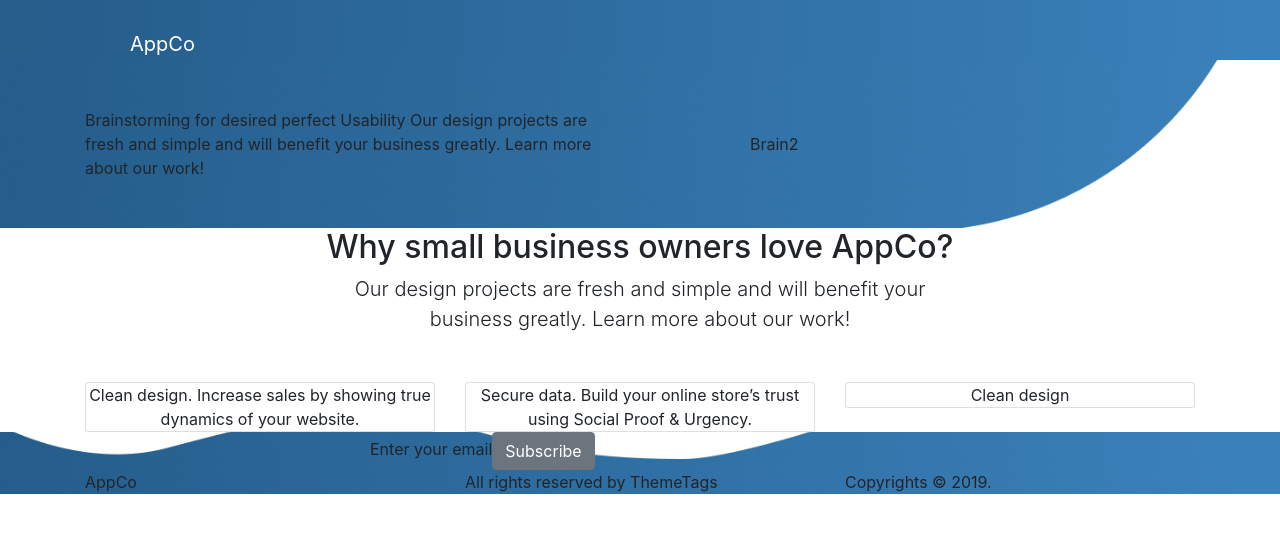
Repository: andbilous/user-statistics-app
Page: /
These files come from the project's save history. The page is drawn as it stood at one moment and after a run of saves; the edit follows.
The browser window is 1280 px wide. The pictures show the whole page.
The project was rebuilt for these pictures with package versions that can differ from the ones it lists, and the page was loaded fresh each time. Also part of the build but not shown: src/components/reasons/reasons.scss.

Above is the page before, as saved 2020-06-19 15:16:07.

### src/App.js
import React from 'react';
import Main from './pages/Main';
import './App.scss';

function App() {
  return (
    <div className="App">
      <Main/>
    </div>
  );
}

export default App;

### src/pages/Main.jsx
import React from "react";
import Header from "../components/Header";
import Brainstorming from "../components/brainstorming";
import Reasons from "../components/reasons";
import Footer from '../components/footer';

const Main = () => {
  return (
    <>
      <Header />
      <Brainstorming />
      <Reasons />
      <Footer />
    </>
  );
};

export default Main;

### src/App.scss
body {
  font-family: Montserrat;
  font-style: normal;
  font-weight: normal;
}
img {
  position: relative;
  display: block;
  width: 100%;
}

### src/components/Header/index.js
import React from 'react';
import './header.scss';
import { Container, Row, Col } from 'reactstrap';


const Header = () => {
    return (
      <header className='header bg-image'>
      <Container>
          <div className='navbar-brand'>
          AppCo
            </div>
      </Container>
      </header>
    )
};

export default Header;

### src/components/brainstorming/index.js
import React from 'react';
import { Container, Row, Col } from 'reactstrap';
import'./brainstorming.scss';


const Brainstorming = () => {
    return (
      <section className='brainstorming pt-100 bg-image'>
      <Container>
          <Row className="row align-items-center justify-content-between py-5">
            <Col className="col-md-7 col-lg-6">
              Brainstorming for desired perfect Usability
              Our design projects are fresh and simple and will benefit your business greatly. Learn more about our work!
              </Col>
            <Col className="col-md-5 col-lg-5">Brain2</Col>
          </Row>
      </Container>
      </section>
    )
};

export default Brainstorming;

### src/components/reasons/index.js
import React from 'react';
import './reasons.scss';
import { Container, Row, Col,Card } from 'reactstrap';


const Reasons = () => {
    return (
      <section className='reasons'>
      <Container>
          <Row className="justify-content-center">
          <Col className="col-lg-7 col-md-8">
            <div className='section-heading text-center mb-5'>
              <h2>Why small business owners love AppCo?</h2>
              <p className='lead'>
              Our design projects are fresh and simple and will benefit your business greatly. Learn more about our work!
              </p>
            </div>
          </Col>
          </Row>
          <Row className="justify-content-center">
            <Col className='col-lg-4 col-md'>
              <Card className='text-center'>
                Clean design.
                Increase sales by showing true dynamics of your website.
              </Card>
            </Col>
            <Col className='col-lg-4 col-md'>
            <Card className='text-center'>
                Secure data.
                Build your online store’s trust using Social Proof & Urgency.
              </Card>
            </Col>
            <Col className='col-lg-4 col-md'>
            <Card className='text-center'>
                Clean design
              </Card>
            </Col>
          </Row>

      </Container>
      </section>
    )
};

export default Reasons;

### src/components/footer/index.js
import React from 'react';
import { Container, Row, Col,Button } from 'reactstrap';
import'./footer.scss';


const Footer = () => {
    return (
      <footer className='footer'>
        <Container>
          <Row className='justify-content-center'>
            <Col md='6'>
              <div>
                Enter your email
                <Button>Subscribe</Button>
              </div>
            </Col>
          </Row>
          <Row className='justify-content-between'>
            <Col className='col-md' lg='4'>
            AppCo
            </Col>
            <Col className='col-md' lg='4'>
            All rights reserved by ThemeTags
              </Col>
              <Col className='col-md' lg='4'>
              Copyrights © 2019.
              </Col>
          </Row>
        </Container>
      </footer>
    )
};

export default Footer;

### src/components/Header/header.scss
.header{
  width: 100%;
  height: 60px;
  background: linear-gradient(92.09deg, #255D8B 2.29%, #3A80BA 96.79%);
}

.navbar-brand {
  color: #fff;
  font-size: 40px;
  line-height: 49px;
  position: absolute;
  width: 136px;
  height: 49px;
  left: 130px;
  top: 24px;
}

### src/components/brainstorming/brainstorming.scss
.brainstorming{
  background-image: url(../../img/bg.png);
  background-repeat: no-repeat;
  background-position: center center;
  background-size: cover;
}

.bg-image{
  position: relative;
  width: 100%;
  display: block;
}

### src/components/footer/footer.scss
.footer{
  background-image: url(../../img/footer-bg.png);
  background-repeat: no-repeat;
  background-position: center center;
  background-size: cover;
}

Loaded but not shown: public/index.html (common file); src/index.js (common file); src/serviceWorker.js (common file)

After the next 2 saves:
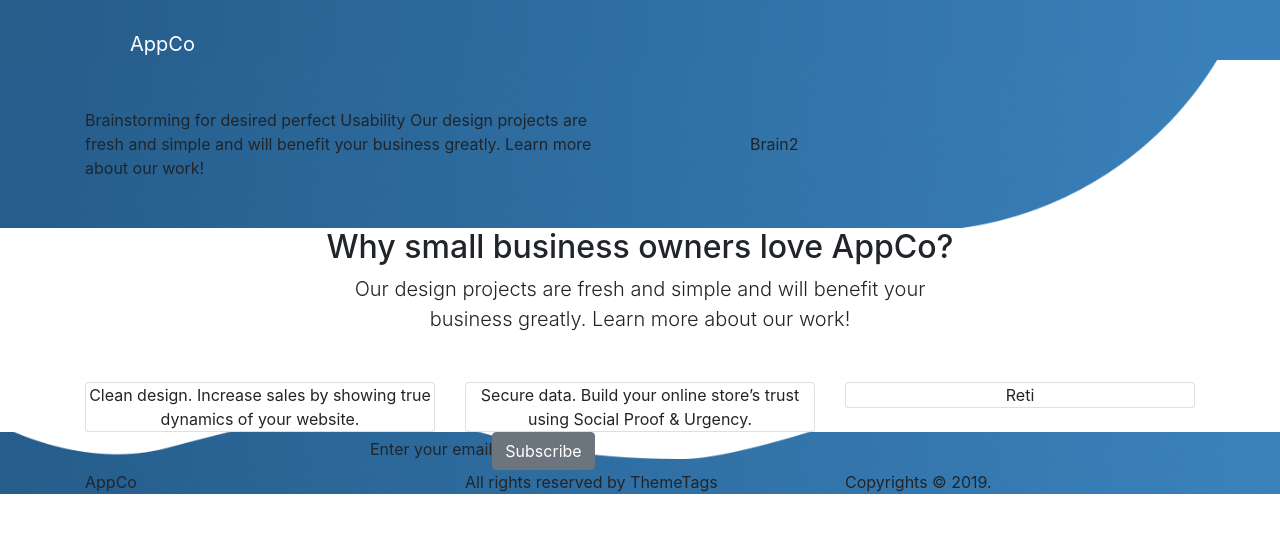
The 2 saves are shown as one change because they came seconds apart.
The last was saved 9 s later.
--- a/src/components/reasons/index.js
+++ b/src/components/reasons/index.js
@@ -32,7 +32,7 @@ const Reasons = () => {
             </Col>
             <Col className='col-lg-4 col-md'>
             <Card className='text-center'>
-                Clean design
+                Reti
               </Card>
             </Col>
           </Row>
